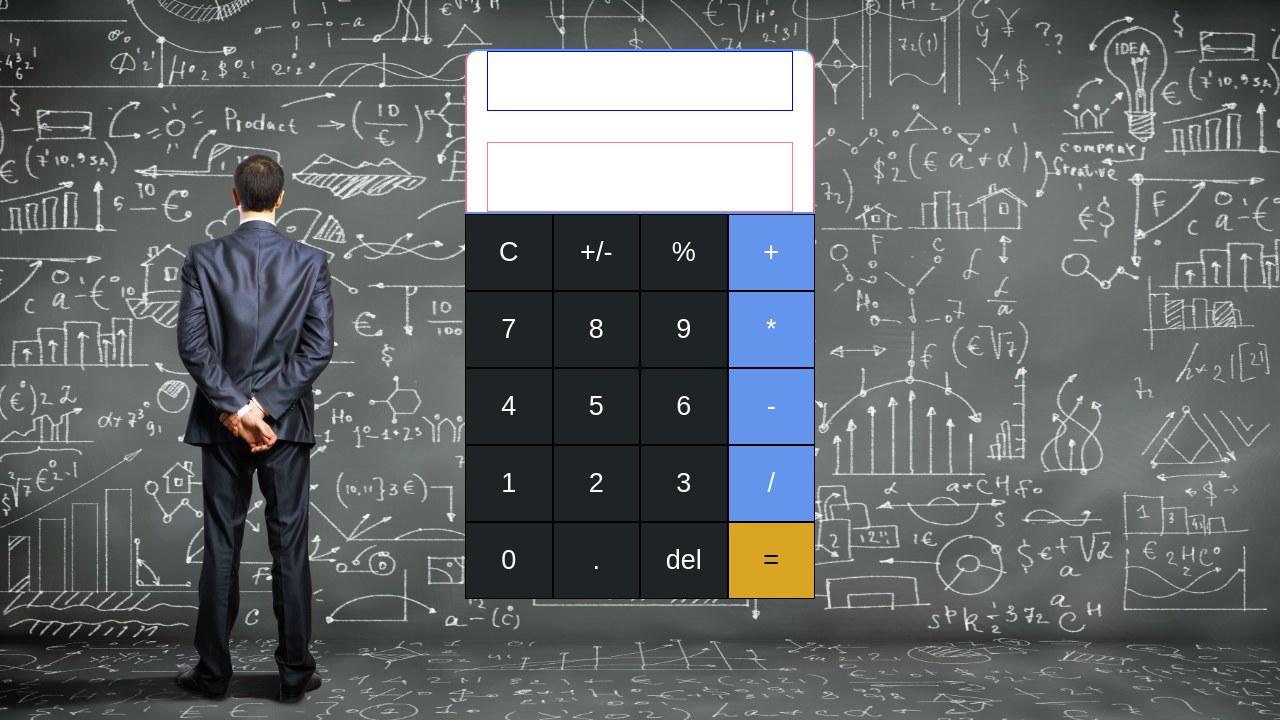
Repository: OfirLana/Calculator
Page: index.html
These files come from the project's save history. The page is drawn as it stood at one moment and after the next save; the edit follows.
The browser window is 1280 px wide. The pictures show the whole page.

Above is the page before, as saved 2019-03-17 22:07:39.

### index.html
<!DOCTYPE html>
<html lang="en">

<head>
    <meta charset="UTF-8">
    <meta name="viewport" content="width=device-width, initial-scale=1.0">
    <meta http-equiv="X-UA-Compatible" content="ie=edge">
    <link href="https://fonts.googleapis.com/css?family=Lato:100,300,400,700,900" rel="stylesheet">
    <title>Document</title>
    <link rel="stylesheet" href="style.css">
</head>

<body>
<div class="wrapper"><img src="" alt="" class="background"></div>
    <div class="calculator">
        <div class="output_box">
            <div class="main_output" ></div>
            <div class="sub_output"></div>
        </div>


        <div class="opeartor_box">
            <button class="btn dlt">C</button>
            <button class="btn">+/-</button>
            <button class="btn ">%</button>
            <button class="btn op">+</button>
            <button class="btn">7</button>
            <button class="btn">8</button>
            <button class="btn">9</button>
            <button class="btn op">*</button>
            <button class="btn">4</button>
            <button class="btn">5</button>
            <button class="btn">6</button>
            <button class="btn op">-</button>
            <button class="btn">1</button>
            <button class="btn">2</button>
            <button class="btn">3</button>
            <button class="btn op">/</button>
            <button class="btn">0</button>
            <button class="btn">.</button>
            <button class="btn">del</button>
            <button class="btn sum">=</button>


        </div>








    </div>
    <script src="index.js"></script>
</body>

</html>

### style.css
* {
    margin: 0;
    padding: 0;
    box-sizing: border-box;
}

html {
    font-size: 62.5%;
}

body {
    font-family: "Lato", sans-serif;
    font-size: 1.6rem;
    color: #777;
    padding: 3rem;
    /* background: cadetblue; */
    background:url(img/math2.jpg);
    background-size: cover;

}



.calculator {
    display: flex;
    flex-direction: column;
    margin: 0 auto;
    width: 35rem;
    height: 55rem;
    /* border: 1px solid red; */
    border-radius: 5px;
}

.output_box {
    display: flex;
    flex-direction: column;
    flex-basis: 30%;
    border: 2px solid cornflowerblue;
    border-radius: 13px 13px 0px 0px;
    border-right: 2px solid palevioletred;
    border-left: 2px solid palevioletred;
    width: 100%;
    justify-content: space-between;
    padding:0px 20px;
    background:white;
    color:black;
    font-size:19px;
}

.main_output {
    display: flex;
    border: 1px solid blue;
    height: 6rem;
    justify-content: center;
    align-items:center;
    /* background:blue; */
  /* border:1px solid tomato; */
    width:100%;
    /* background:blue; */
    text-align:end;
    overflow: hidden;
}






.sub_output {
    display: flex;
    border: 1px solid salmon;
    height: 7rem;
    /* background:red; */
    display:flex;
    justify-content: center;
    align-items: center;
    overflow: hidden;
    /* background:tomato; */
}

.opeartor_box{
    display:flex;
    /* flex-direction: column; */
    flex-wrap:wrap;
    width:100%;
    /* border:5px solid purple; */
    flex-basis:70%;
}

.btn{
    width:25%;
    height:20%;
    background:#1E2326;
    border: 1px solid black;
    color:white;
    font-size:27px;
    font-weight:100;
    cursor: pointer;
}

.btn:active{
    background:blue;
    border:1px solid black;
}
.btn:hover{
    opacity:0.8;
}
.op {
    background:cornflowerblue;
}

.sum{
    background:goldenrod;
    color:black;
}

Loaded but not shown: index.js (no copy from this time; the picture is the same without it)

After the next save:
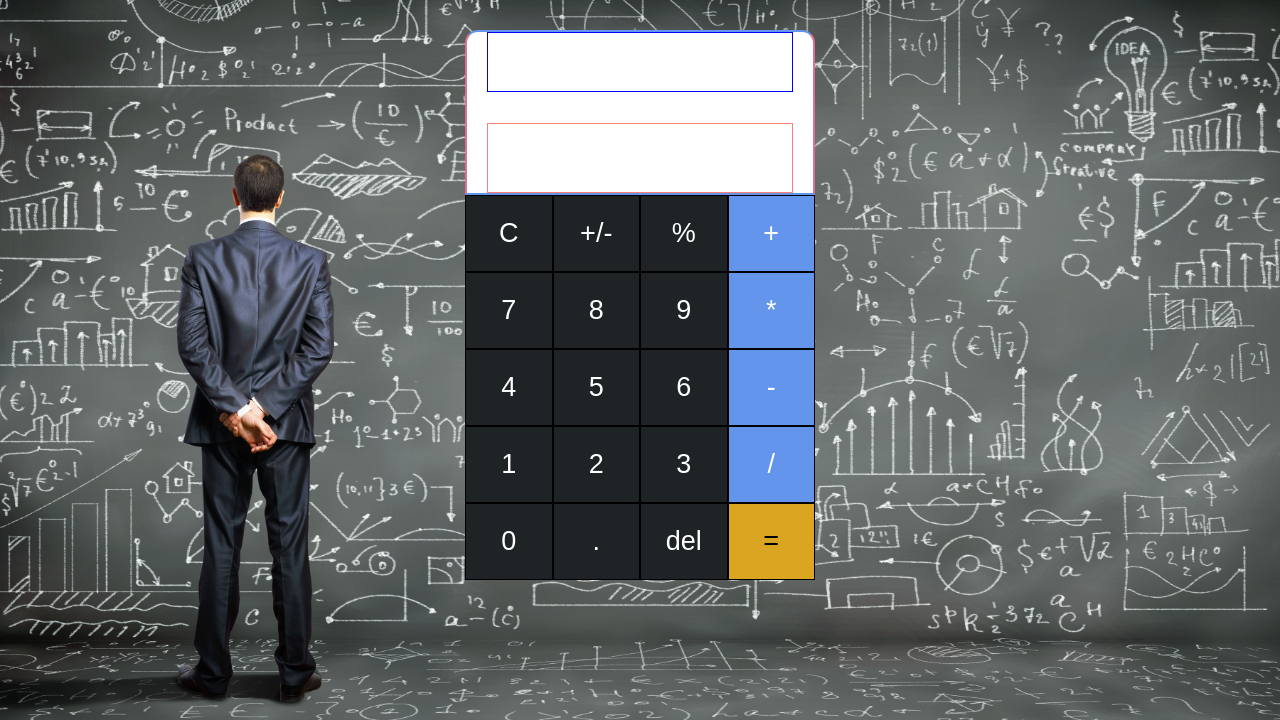
Saved 26 s later.
--- a/index.html
+++ b/index.html
@@ -11,7 +11,7 @@
 </head>
 
 <body>
-<div class="wrapper"><img src="" alt="" class="background"></div>
+
     <div class="calculator">
         <div class="output_box">
             <div class="main_output" ></div>
